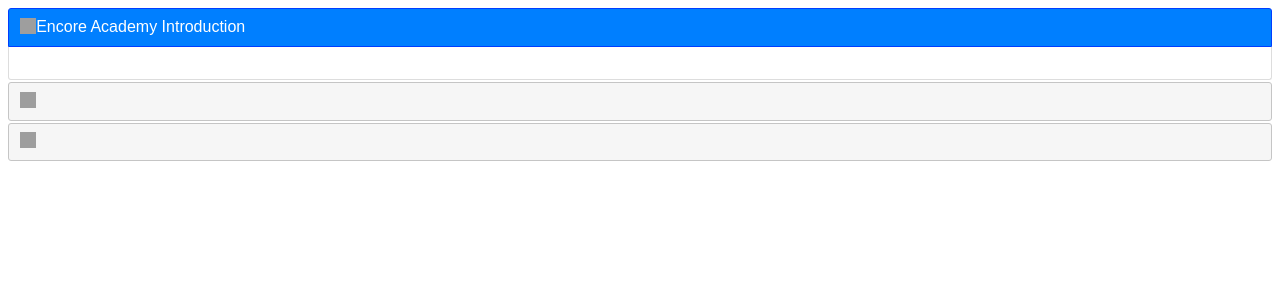
Repository: Migorithm/front_work
Page: front08_JQueryUI/src/main/webapp/ui03_accordion.html
The author's editor kept a copy of each file at every save. The page is drawn from the files as they stood at one save, then again after the next save.
The browser window is 1280 px wide. The pictures show the whole page.
Pictures or frames that could not be fetched are drawn as grey boxes. Some web libraries are served in a nearby version.

Above is the page before, as saved 2021-09-08 01:02:13.

After the next save:
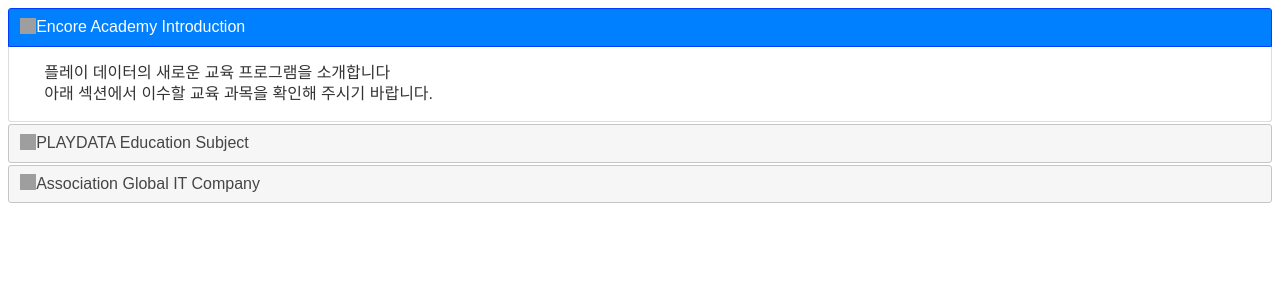
Saved 3 min 24 s later.
--- a/front08_JQueryUI/src/main/webapp/ui03_accordion.html
+++ b/front08_JQueryUI/src/main/webapp/ui03_accordion.html
@@ -17,13 +17,18 @@
 
 <div id="accordion">
   <h3>Encore Academy Introduction</h3>
-  <div></div>
+  <div>
+  플레이 데이터의 새로운 교육 프로그램을 소개합니다<br>
+  아래 섹션에서 이수할 교육 과목을 확인해 주시기 바랍니다.
+  </div>
 
-  <h3></h3>
-  <div></div>
+  <h3>PLAYDATA Education Subject</h3>
+  <div id="subject">
 
-  <h3></h3>
-  <div></div>
+  </div>
+
+  <h3>Association Global IT Company</h3>
+  <div id="itcom"></div>
 
 </div>
 
